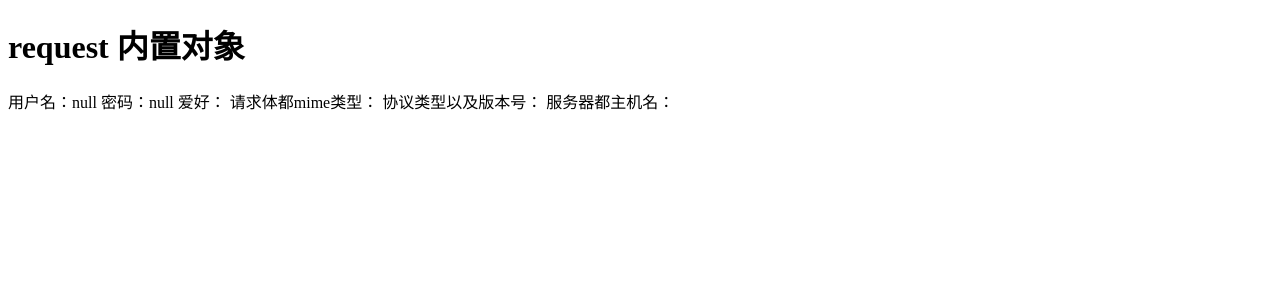
Repository: Zendq1998/jdbc
Page: http://localhost/webroot/request.jsp
These files come from the project's save history. The page is drawn as it stood at one moment and after the next save; the edit follows.
The browser window is 1280 px wide. The pictures show the whole page.
The page is served by Tomcat 9. Nobody is signed in. The application's start-up code is not run. Other server files are loaded and not shown.

Above is the page before, as saved 2018-04-20 06:50:44.

### webroot/WebContent/request.jsp
<%@ page language="java" contentType="text/html; charset=UTF-8"
    pageEncoding="UTF-8"%>
<!DOCTYPE html PUBLIC "-//W3C//DTD HTML 4.01 Transitional//EN" "http://www.w3.org/TR/html4/loose.dtd">
<html>
<head>
<meta http-equiv="Content-Type" content="text/html; charset=UTF-8">
<title>Insert title here</title>
</head>
<body>
<h1>request 内置对象</h1>
<%
	request.setCharacterEncoding("utf-8"); // 解决中文乱码问题，无法解决URL传递中文乱码问题。

%>
用户名：<%=request.getParameter("username") %>
密码：<%=request.getParameter("password") %>
爱好：<%
		if(request.getParameterValues("favorite")!=null) {
			String[] favorites = request.getParameterValues("favorite");
			for(int i=0;i<favorites.length;i++) {
				out.println(favorites[i]);
			}
		}
	 %>
请求体都mime类型：

协议类型以及版本号：

服务器都主机名：
</body>
</html>

After the next save:
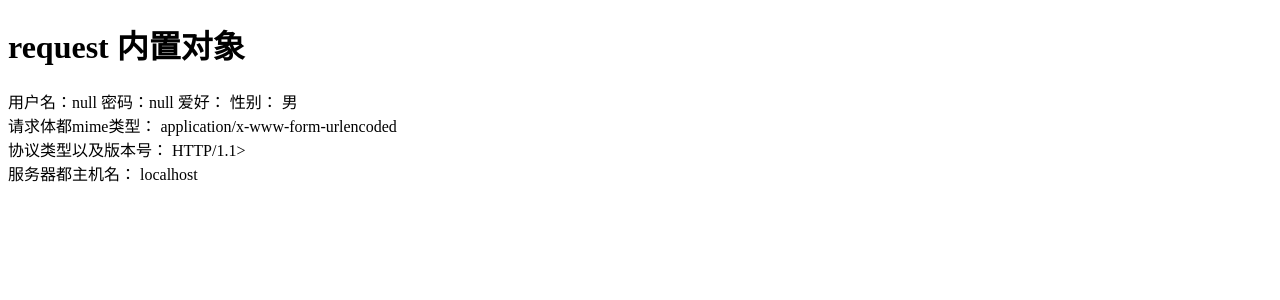
Saved 2 min 49 s later.
--- a/webroot/WebContent/request.jsp
+++ b/webroot/WebContent/request.jsp
@@ -10,6 +10,7 @@
 <h1>request 内置对象</h1>
 <%
 	request.setCharacterEncoding("utf-8"); // 解决中文乱码问题，无法解决URL传递中文乱码问题。
+	request.setAttribute("sex","男");
 
 %>
 用户名：<%=request.getParameter("username") %>
@@ -22,10 +23,13 @@
 			}
 		}
 	 %>
+性别：
+<%=request.getAttribute("sex") %><br>
 请求体都mime类型：
-
+<%=request.getContentType() %><br>
 协议类型以及版本号：
-
+<%=request.getProtocol() %>><br>
 服务器都主机名：
+<%=request.getServerName() %>
 </body>
 </html>
